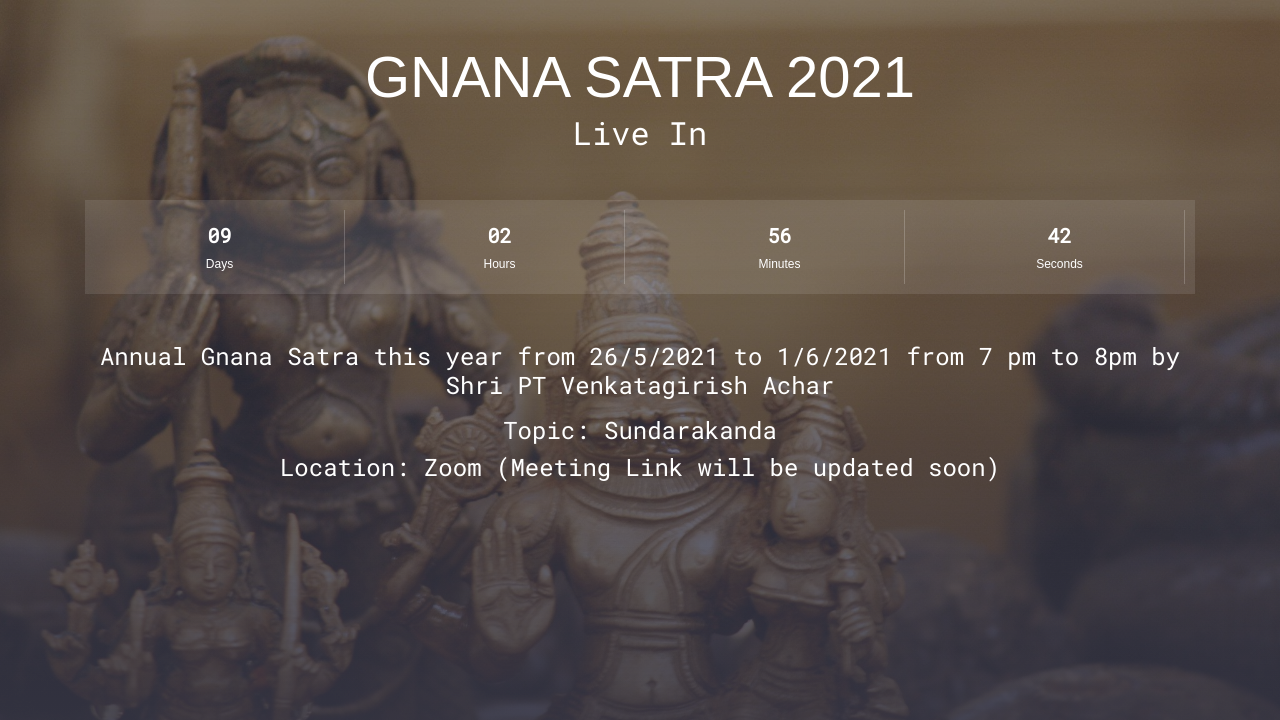
Repository: anirudhbichal/gs
Page: /
The author's editor kept a copy of each file at every save. The page is drawn from the files as they stood at one save, then again after the next save.
The browser window is 1280 px wide. The pictures show the whole page.
Some web fonts or font styles are not loaded; a fallback is used. The project was rebuilt for these pictures with package versions that can differ from the ones it lists, and the page was loaded fresh each time.

Above is the page before, as saved 2021-05-17 19:02:10.

### public/index.html
<!DOCTYPE html>
<html lang="en">
  <head>
    <meta charset="utf-8" />
    <meta name="viewport" content="width=device-width, initial-scale=1" />
    <meta name="theme-color" content="#000000" />
    <meta
      name="description"
      content="Gnana Satra website"
    />
    <link rel="apple-touch-icon" href="%PUBLIC_URL%/logo192.png" />
    <!--
      manifest.json provides metadata used when your web app is installed on a
      user's mobile device or desktop. See https://developers.google.com/web/fundamentals/web-app-manifest/
    -->
    <link rel="manifest" href="%PUBLIC_URL%/manifest.json" />
    <!--
      Notice the use of %PUBLIC_URL% in the tags above.
      It will be replaced with the URL of the `public` folder during the build.
      Only files inside the `public` folder can be referenced from the HTML.

      Unlike "/favicon.ico" or "favicon.ico", "%PUBLIC_URL%/favicon.ico" will
      work correctly both with client-side routing and a non-root public URL.
      Learn how to configure a non-root public URL by running `npm run build`.
    -->
    <title>Gnana Satra</title>
  </head>
  <body>
    <noscript>You need to enable JavaScript to run this app.</noscript>
    <div id="root"></div>
    <!--
      This HTML file is a template.
      If you open it directly in the browser, you will see an empty page.

      You can add webfonts, meta tags, or analytics to this file.
      The build step will place the bundled scripts into the <body> tag.

      To begin the development, run `npm start` or `yarn start`.
      To create a production bundle, use `npm run build` or `yarn build`.
    -->
  </body>
</html>

### src/App.js
import 'bootstrap/dist/css/bootstrap.min.css';
import './App.css';
import Container from 'react-bootstrap/Container';
import Timer from "./components/countdown/Timer";

function App() {
  return (
    <div className="App">
      <Container className="my-5">
        <h1>
          Gnana Satra 2021
        </h1>
        <h2 className="mb-5">Live In</h2>
        <Timer />
        <h4 className="mt-5 css-typing">
          Annual Gnana Satra this year from 26/5/2021 to 1/6/2021 from 7 pm to 8pm by Shri PT Venkatagirish Achar
        </h4>
        <h4 className="mt-3">
          Topic: Sundarakanda
        </h4>
        <h4>
          Location: Zoom (Meeting Link will be updated soon)
        </h4>
      </Container>
    </div>
  );
}

export default App;

### src/App.css
@import url("https://fonts.googleapis.com/css?family=Roboto+Mono&display=swap");
@import url('https://fonts.cdnfonts.com/css/samarkan');

body {
  color: #fff;
  font-family: "Roboto Mono", sans-serif;
  background-image: url('gs-bg.jpg');
  background-repeat: no-repeat;
  background-size: cover;
  background-position: top top;
  background-attachment: fixed;
  margin: 0;
}

.App {
  position: fixed;
  top: 0;
  left: 0;
  right: 0;
  bottom: 0;
  text-align: center;
  background: rgb(55, 55, 70);
  background: linear-gradient(
    0deg,
    rgba(55, 55, 70, 0.9) 0%,
    rgba(55, 55, 70, 0.7) 50%,
    rgba(55, 55, 70, 0.6) 100%
  );
}

h1 {
  font-family: 'Samarkan', sans-serif;
  font-size: 58px;
  text-transform: uppercase;
  line-height: 1;
}

#fragment1 {
  width: 25em;
  white-space:nowrap;
  overflow:hidden;
  -webkit-animation: frag1type 20s steps(50, end) 0s infinite;
  animation: frag1type 20s steps(50, end) 0s infinite;
}

@keyframes frag1type {
  from { width: 0;}
  37%{width:25em;}
  49%{width:0;}
  100%{width:0;}
}

@-webkit-keyframes frag1type {
  from { width: 0;}
  37%{width:25em;}
  49%{width:0;}
  100%{width:0;}
}

#fragment2 {
  opacity: 0;
  width: 25em;
  white-space:nowrap;
  overflow:hidden;
  -webkit-animation: frag2type 20s steps(50, end) 10s infinite;
  animation: frag2type 20s steps(50, end) 10s infinite;
}

@keyframes frag2type {
  from { width: 0; opacity:1; }
  37%{width:25em;opacity:1; }
  49%{width:0;opacity:1; }
  100%{width:0;opacity:1; }
}

@-webkit-keyframes frag2type {
  from { width: 0; opacity:1; }
  37%{width:25em;opacity:1; }
  49%{width:0;opacity:1; }
  100%{width:0;opacity:1; }
}

### src/components/countdown/Timer.js
import React, { Component } from "react";
// import moment from 'moment';
import Container from 'react-bootstrap/Container';
import Row from 'react-bootstrap/Row';
import Col from 'react-bootstrap/Col';
import "./Timer.css";

class CountDown extends Component {
  constructor(props) {
    super(props);
    this.count = this.count.bind(this);
    this.state = {
      days: 0,
      minutes: 0,
      hours: 0,
      secounds: 0,
      time_up: ""
    };
    this.x = null;
    this.deadline = null;
  }
  count() {
    var now = new Date().getTime();
    var t = this.deadline - now;
    var dd = Math.floor(t / (1000 * 60 * 60 * 24));
    var hh = Math.floor((t % (1000 * 60 * 60 * 24)) / (1000 * 60 * 60));
    var mm = Math.floor((t % (1000 * 60 * 60)) / (1000 * 60));
    var ss = Math.floor((t % (1000 * 60)) / 1000);

    var days = dd < 10 ? "0" + dd : dd;
    var hours = hh < 10 ? "0" + hh : hh;
    var minutes = mm < 10 ? "0" + mm : mm;
    var seconds = ss < 10 ? "0" + ss : ss;

    this.setState({ days, minutes, hours, seconds });

    if (t < 0) {
      clearInterval(this.x);
      this.setState({
        days: 0,
        minutes: 0,
        hours: 0,
        seconds: 0,
        time_up: "TIME IS UP"
      });
    }
  }
  componentDidMount() {
    this.deadline = new Date("May 26, 2021 19:00:00").getTime();

    this.x = setInterval(this.count, 1000);
  }

  render() {
    const { days, seconds, hours, minutes } = this.state;
    return (
      <Container id="countdown">
        <Row>
            <Col>
                <div className="box">
                    <p id="day">{days}</p>
                    <span className="text">Days</span>
                </div>
            </Col>
            <Col>
                <div className="box">
                    <p id="hour">{hours}</p>
                    <span className="text">Hours</span>
                </div>
            </Col>
            <Col>
                <div className="box">
                    <p id="minute">{minutes}</p>
                    <span className="text">Minutes</span>
                </div>
            </Col>
            <Col>
                <div className="box">
                    <p id="second">{seconds}</p>
                    <span className="text">Seconds</span>
                </div>
            </Col>
        </Row>
      </Container>
    );
  }
}

export default CountDown;

### src/components/countdown/Timer.css
#countdown {
    padding: 10px;
    background-color: rgba(255, 255, 255, 0.1);
    display: inline-block;
    text-align: center;
    margin: auto;
  }
  #countdown .box {
    padding: 10px;
    border-right: solid 1px rgba(255, 255, 255, 0.2);
  }
  #countdown .col-4:last-child .box {
    border-right-color: transparent;
  }
  #countdown .box p {
    font-size: 20px;
    font-weight: bold;
    margin: 0;
  }
  #countdown .box .text {
    font-size: 12px;
    font-family: sans-serif;
  }

Loaded but not shown: src/index.js (common file); src/index.css (common file); src/reportWebVitals.js (common file)

After the next save:
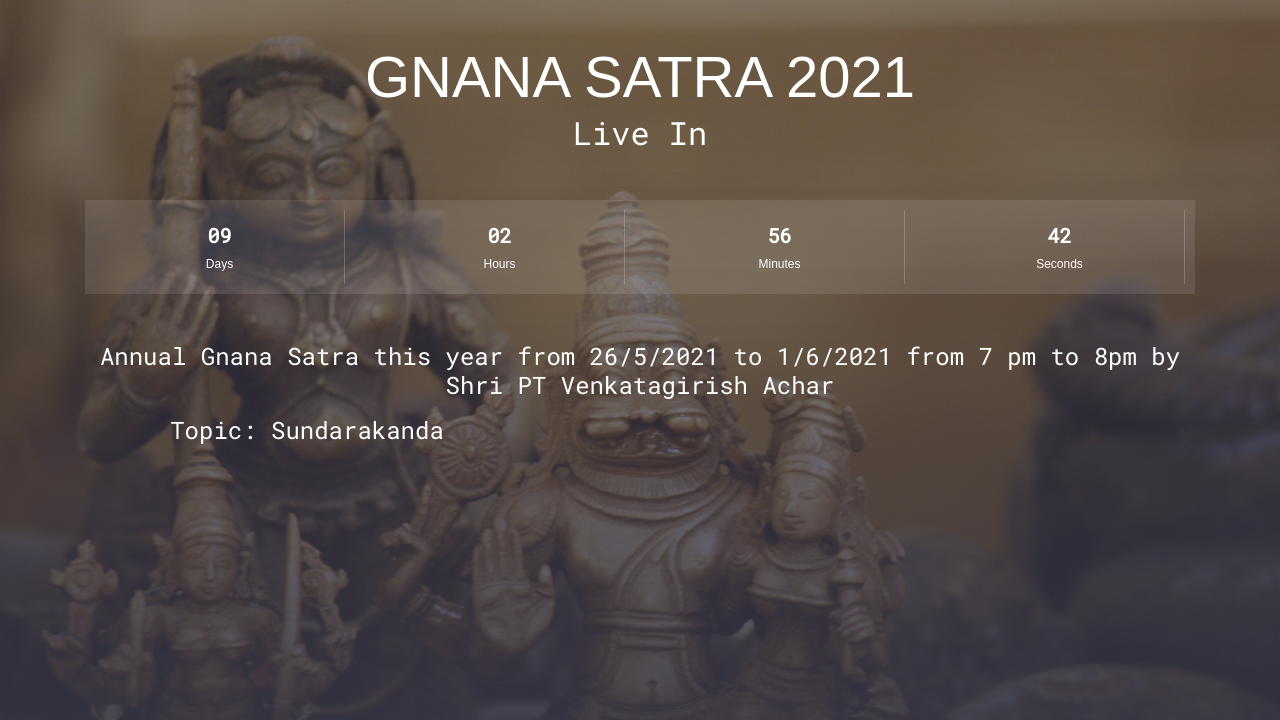
Saved 71 s later.
--- a/src/App.js
+++ b/src/App.js
@@ -16,10 +16,8 @@ function App() {
           Annual Gnana Satra this year from 26/5/2021 to 1/6/2021 from 7 pm to 8pm by Shri PT Venkatagirish Achar
         </h4>
         <h4 className="mt-3">
-          Topic: Sundarakanda
-        </h4>
-        <h4>
-          Location: Zoom (Meeting Link will be updated soon)
+          <div id="fragment1">Topic: Sundarakanda</div>
+          <div id="fragment2">Location: Zoom</div>
         </h4>
       </Container>
     </div>
